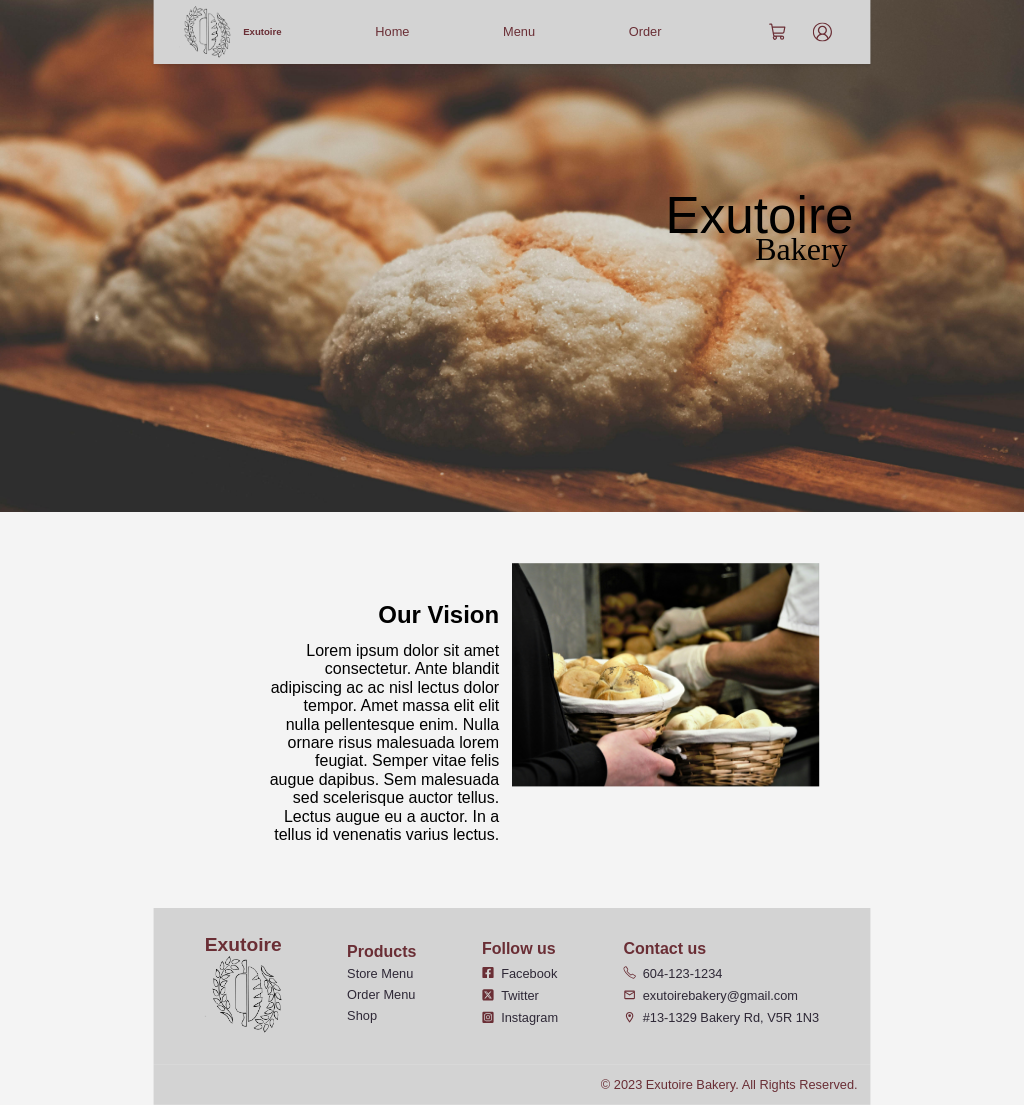
Repository: MelissaJacobi/COMP3170-final-proj
Page: /
The author's editor kept a copy of each file at every save. The page is drawn from the files as they stood at one save, then again after the next save.
The browser window is 1280 px wide. The pictures show the whole page, at 80% of full size.
The project was rebuilt for these pictures with package versions that can differ from the ones it lists, and the page was loaded fresh each time. Also part of the build but not shown: vite.config.js.

Above is the page before, as saved 2024-10-05 17:10:14.

After the next save:
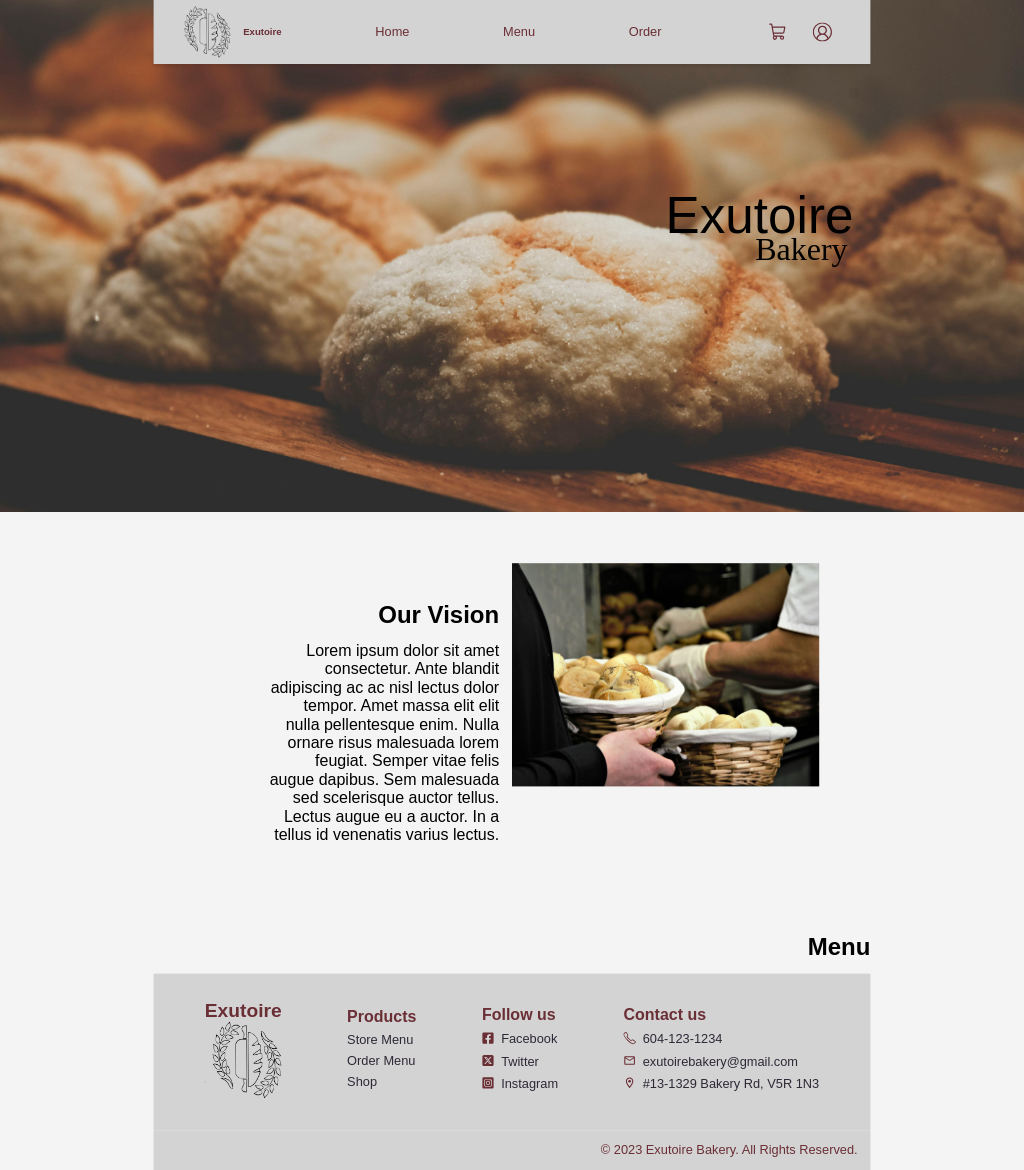
Saved 25 s later.
--- a/src/App.tsx
+++ b/src/App.tsx
@@ -3,6 +3,7 @@ import Header from './components/Header'
 import Footer from './components/Footer'
 import Carousel from './components/Carousel'
 import Vision from './components/Vision'
+import MenuGallery from './components/MenuGallery'
 
 function App() {
 
@@ -13,6 +14,7 @@ function App() {
         <Header></Header>
         <div className={styles.filler}></div>
         <Vision></Vision>
+        <MenuGallery></MenuGallery>
         <Footer></Footer>
       </div>
     </>
